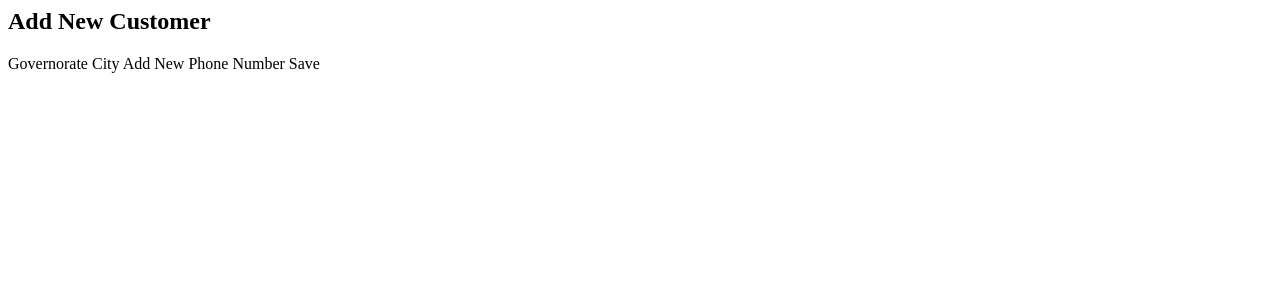
Repository: MagdyIYounis/Project-EDelivery
Page: ForntEnd/src/js/views/customers.html
These files come from the project's save history. The page is drawn as it stood at one moment and after the next save; the edit follows.
The browser window is 1280 px wide. The pictures show the whole page.

Above is the page before, as saved 2020-07-02 11:32:09.

After the next save:
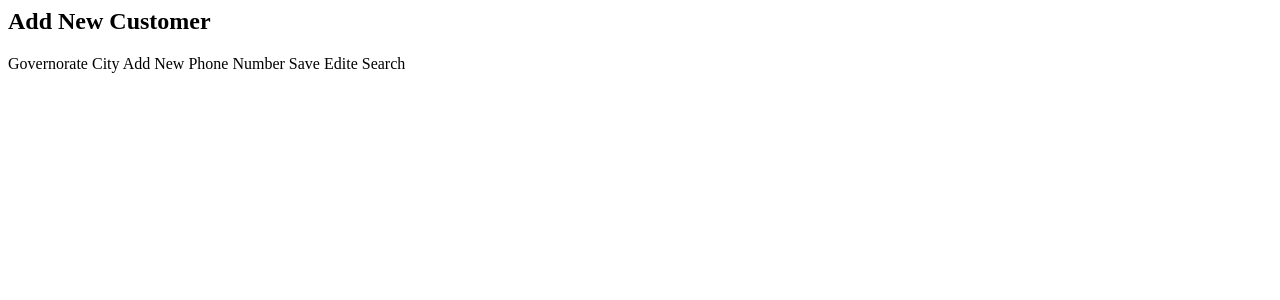
Saved 76 s later.
--- a/ForntEnd/src/js/views/customers.html
+++ b/ForntEnd/src/js/views/customers.html
@@ -113,6 +113,22 @@
       >
         Save
       </oj-button>
+      <oj-button
+        id="Edite"
+        chroming="callToAction"
+        on-oj-action="[[Save]]"
+        class="but-Style oj-button-primary"
+      >
+        Edite
+      </oj-button>
+      <oj-button
+        id="Search"
+        chroming="callToAction"
+        on-oj-action="[[Save]]"
+        class="but-Style oj-button-primary"
+      >
+        Search
+      </oj-button>
     </oj-label-value>
   </oj-form-layout>
   <oj-table
